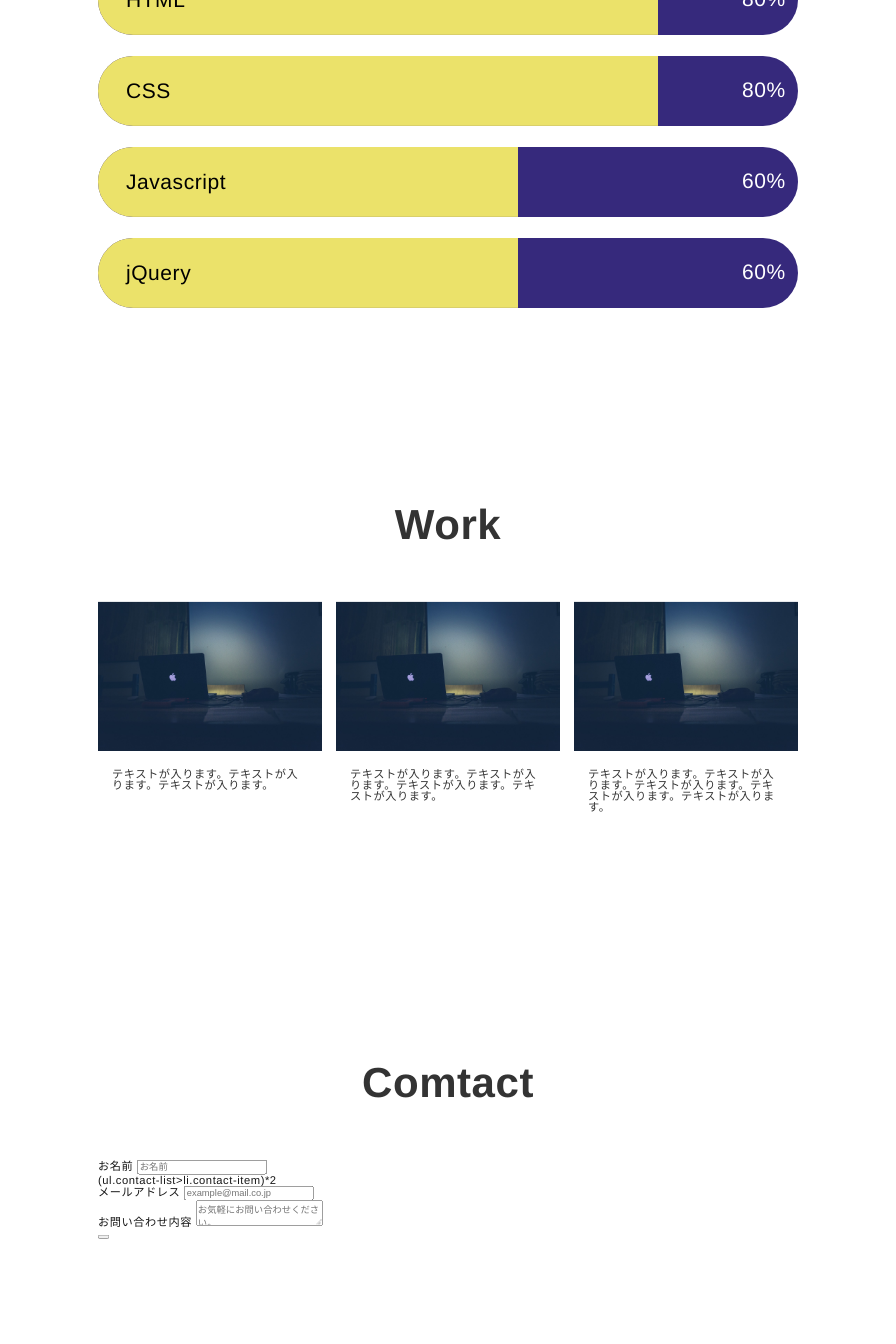
Repository: sadayuki15/portfolio
Page: index.html
These files come from the project's save history. The page is drawn as it stood at one moment and after the next save; the edit follows.
The browser window is 1280 px wide. The pictures show the part of the page from y = 1927 to 3847 px (the page is 3847 px tall before and 3831 px after), at 70% of full size.

Above is the page before, as saved 2021-04-22 21:30:40.

After the next save:
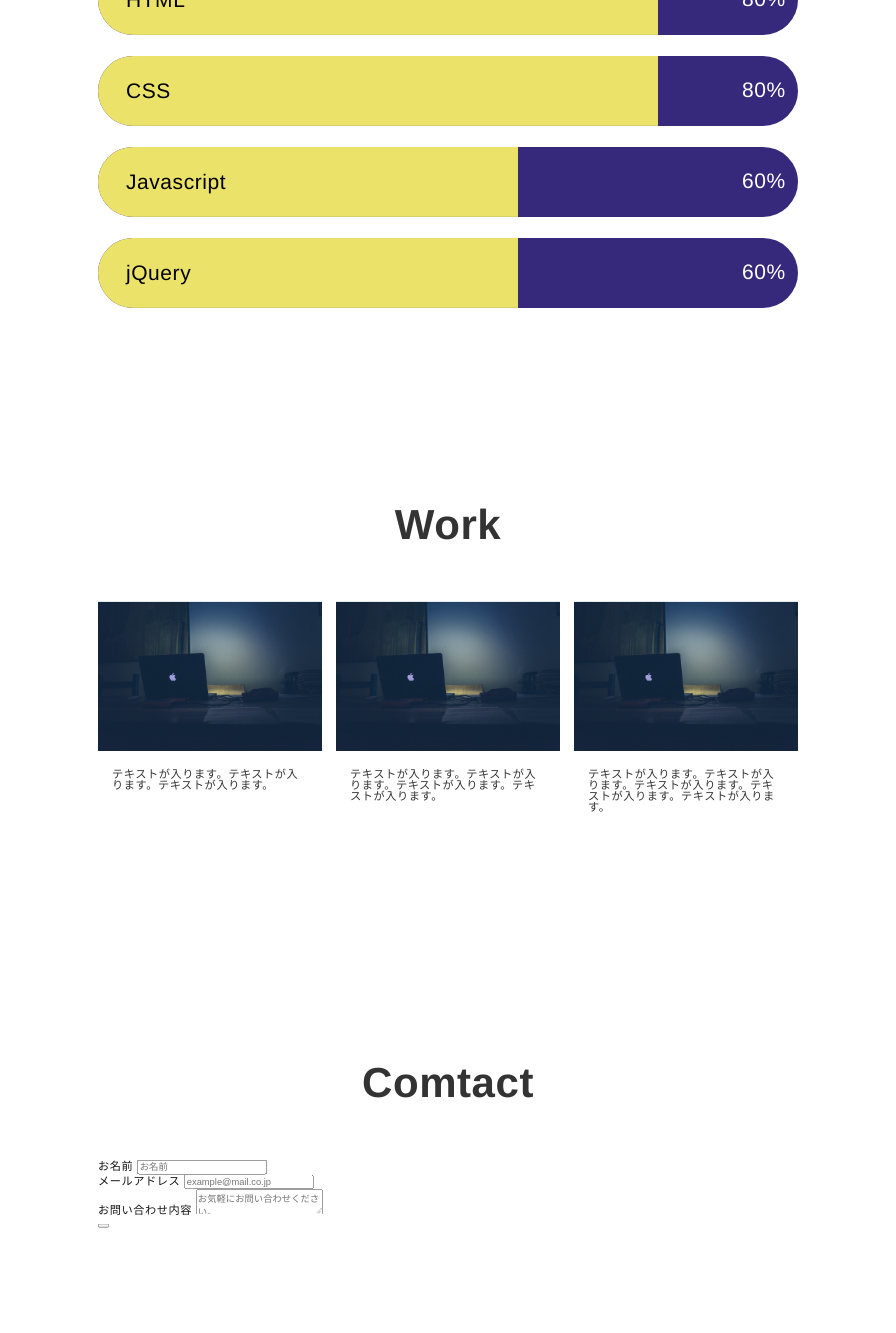
Saved 4 s later.
--- a/index.html
+++ b/index.html
@@ -158,7 +158,12 @@
             <input id="name" type="text" name="entry.32834570" placeholder="お名前">
           </li>
         </ul>
-        (ul.contact-list>li.contact-item)*2
+        <ul class="contact-list">
+          <li class="contact-item"></li>
+        </ul>
+        <ul class="contact-list">
+          <li class="contact-item"></li>
+        </ul>
           <li class="contact-item">
             <label for="email">メールアドレス</label>
             <input id="email" type="text" name="entry.303714741" placeholder="example@mail.co.jp">
